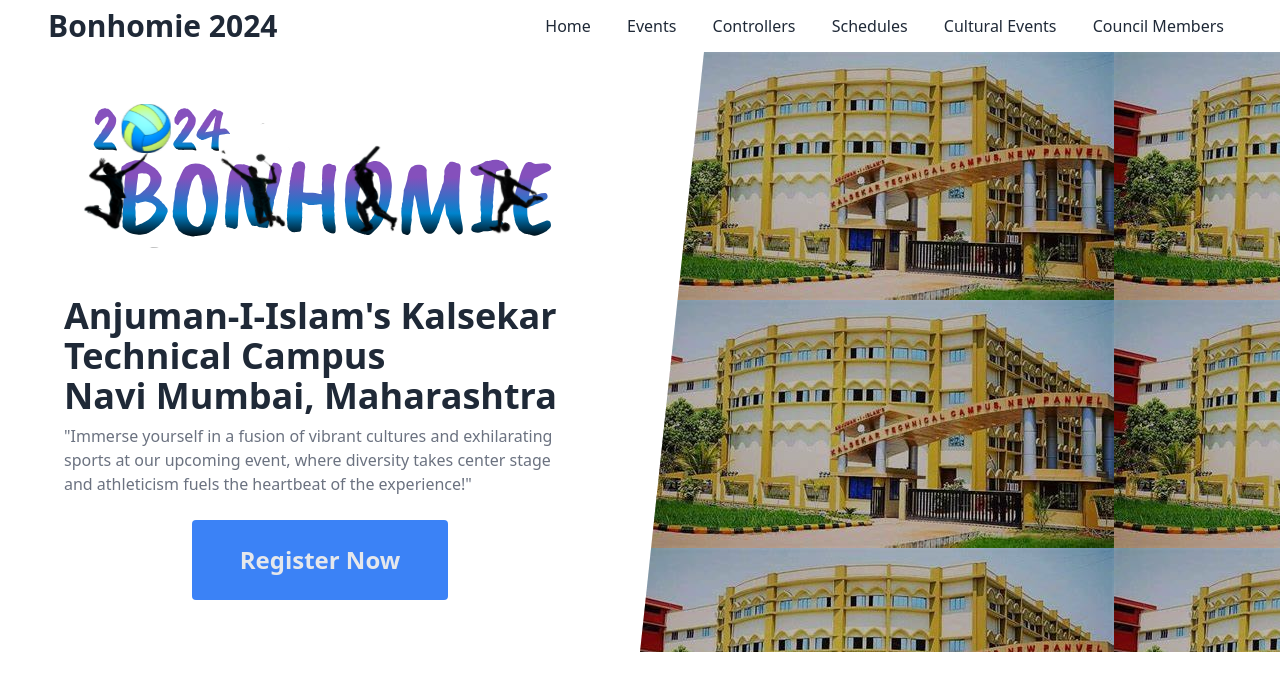
Repository: sshadulla22/Bonhomie2024
Page: Bonhomie 2024/index.html
The author's editor kept a copy of each file at every save. The page is drawn from the files as they stood at one save, then again after a run of saves.
The browser window is 1280 px wide. The pictures show the whole page.
Some web libraries are served in a nearby version.

Above is the page before, as saved 2024-01-31 17:11:07.

After the next 3 saves:
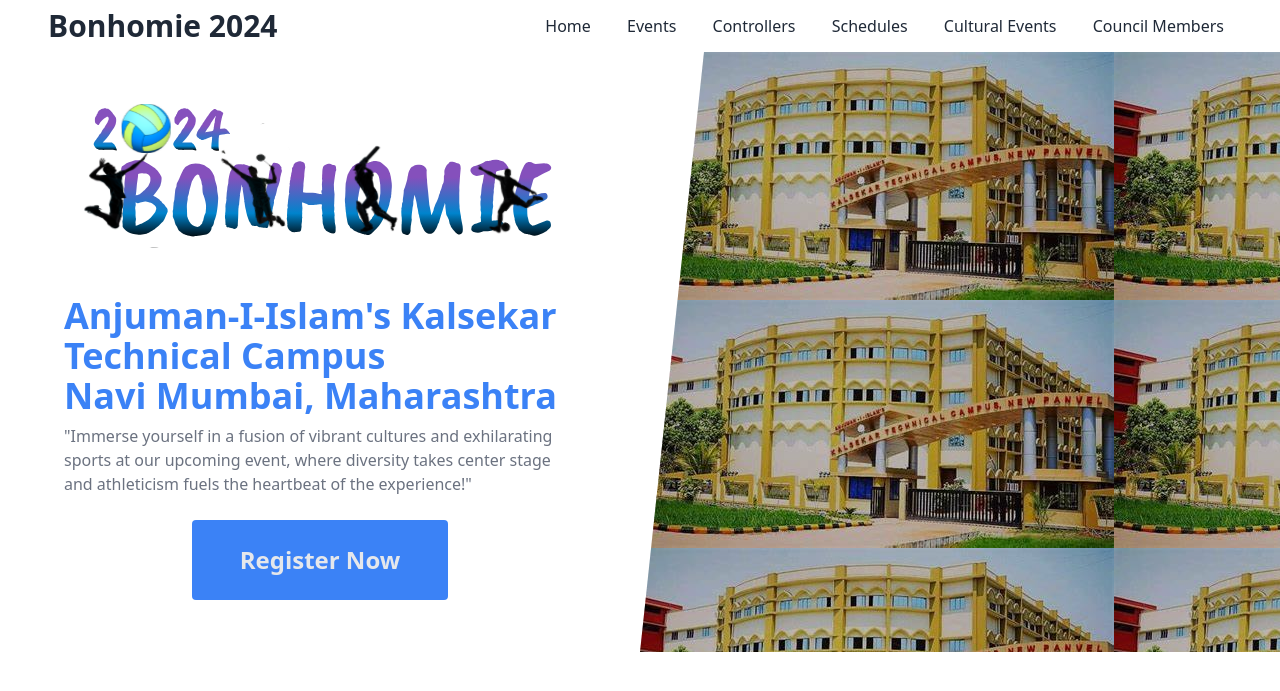
The 3 saves are shown as one change because they came seconds apart.
The last was saved 84 s later.
--- a/Bonhomie 2024/index.html
+++ b/Bonhomie 2024/index.html
@@ -39,7 +39,7 @@
             <div>
                 <header class="flex-grow flex flex-col justify-center items-center px-4">
                     <h1 class="text-5xl font-bold text-white text-center mb-8"><img src="/images/Group 255 (1).svg" alt="Girl in a jacket" width="700px" height="1400px"></h1>
-                <h2 class="text-3xl font-semibold text-gray-800 md:text-4xl">Anjuman-I-Islam's Kalsekar Technical Campus <br> Navi Mumbai, Maharashtra </h2>
+                <h2 class="text-3xl font-semibold text-blue-500 md:text-4xl">Anjuman-I-Islam's Kalsekar Technical Campus <br> Navi Mumbai, Maharashtra </h2>
                 <p class="mt-2 text-2xl text-gray-500 md:text-base">"Immerse yourself in a fusion of vibrant cultures and exhilarating sports at our upcoming event, where diversity takes center stage and athleticism fuels the heartbeat of the experience!"</p>
                 <div class="flex justify-center lg:justify-start mt-6">
                     <a class="px-12 py-6 bg-blue-500 text-gray-200 text-2xl font-semibold rounded hover:bg-gray-800" href="#">Register Now</a>
